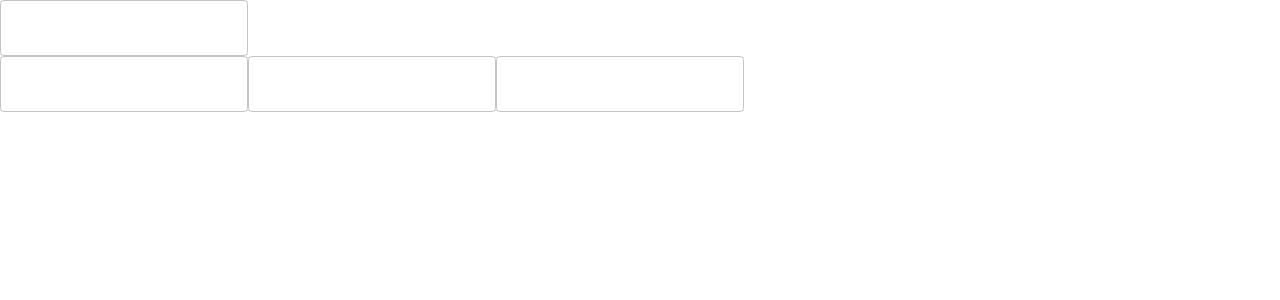
Repository: mohit78911/formikformvalidation
Page: /
The author's editor kept a copy of each file at every save. The page is drawn from the files as they stood at one save, then again after a run of saves.
The browser window is 1280 px wide. The pictures show the whole page.
The project was rebuilt for these pictures with package versions that can differ from the ones it lists, and the page was loaded fresh each time.

Above is the page before, as saved 2023-06-06 05:28:12.

After the next 3 saves:
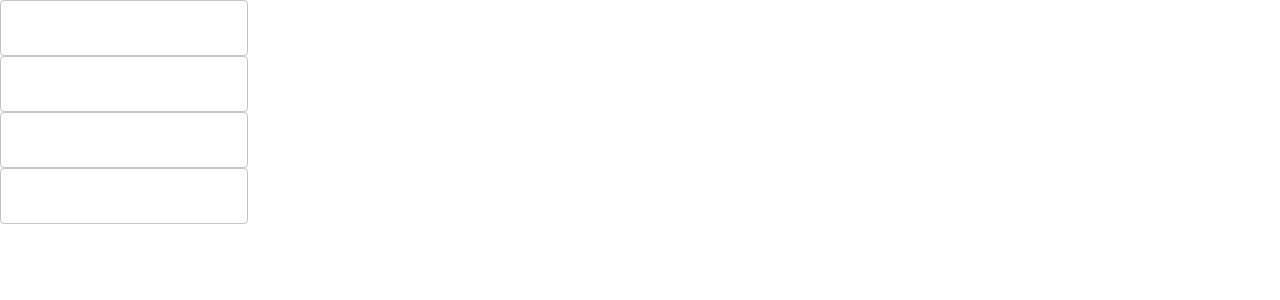
The 3 saves are shown as one change because they came seconds apart.
The last was saved 7 s later.
--- a/src/components/Form.js
+++ b/src/components/Form.js
@@ -5,9 +5,9 @@ export default function Form() {
   return (
     <>
      <TextField/><br/>
-     <TextField/>
-     <TextField/>
-     <TextField/>
+     <TextField/><br/>
+     <TextField/><br/>
+     <TextField/><br/>
 
     </>
   )
